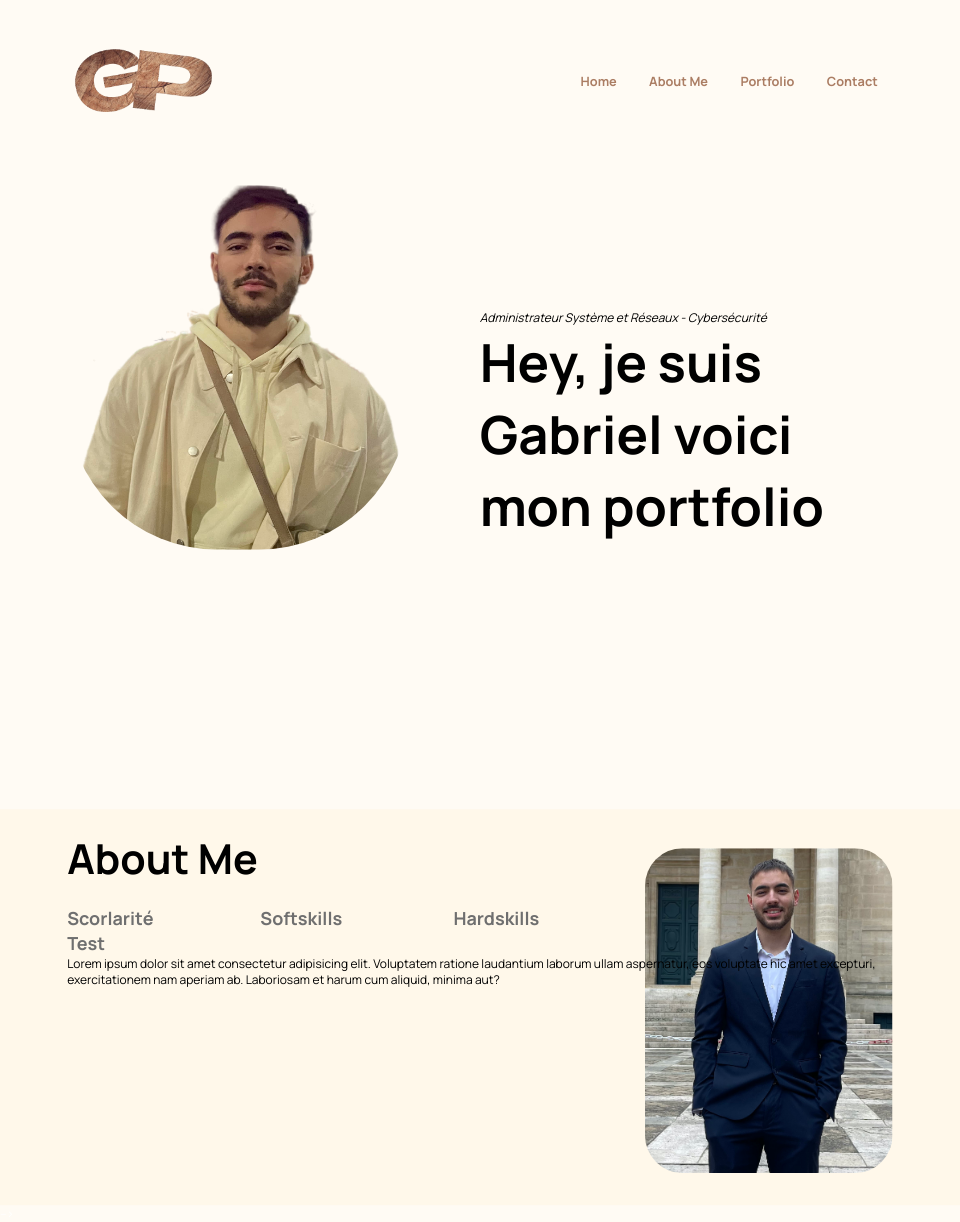
Repository: Gabtorinho25/Portfolio-Web-Site
Page: index.html
These files come from the project's save history. The page is drawn as it stood at one moment and after a run of saves; the edit follows.
The browser window is 1280 px wide. The pictures show the whole page, at 75% of full size.

Above is the page before, as saved 2024-04-02 17:45:23.

### index.html
<!DOCTYPE html>
<html lang="fr">
  <head>
    <meta charset="UTF-8" />
    <meta name="viewport" content="width=device-width, initial-scale=1.0" />
    <title>Portfolio de Gabriel Dos Santos</title>
    <link rel="stylesheet" href="style.css" />
    <link rel="preconnect" href="https://fonts.googleapis.com" />
    <link rel="preconnect" href="https://fonts.gstatic.com" crossorigin />
    <link
      href="https://fonts.googleapis.com/css2?family=Manrope:wght@200..800&display=swap"
      rel="stylesheet"
    />
  </head>
  <body>
    <header>
      <div class="container relative" id="header">
        <nav>
          <img class="logo" src="/Image/Logo.png" alt="logo" />
          <ul>
            <li><a href="">Home</a></li>
            <li><a href="">About Me</a></li>
            <li><a href="">Portfolio</a></li>
            <li><a href="">Contact</a></li>
          </ul>
        </nav>
       <div class="PhotodeMoi">
        <img  class="pictureofme" src="Image/profil-transformed.png" alt="Me">
       </div>
       <div class="TextePresentation">
        <p class="italic" >Administrateur Système et Réseaux - Cybersécurité</p>
        <h1 id="accroche">Hey, je suis <span class="marron hover-3">Gabriel</span> voici mon portfolio </h1>
       </div>
      </div>
    </header>
    <main>
       <!-- AboutMe -->
        <div id="AboutMe">
          <div class="container"></div>
            <div class="row">
              <div class="colonne1">
                <h1 class="AboutMeTitre" >About Me</h1>
                <div id="scolarité" class="active"  data-anim="1"><h2>Scorlarité</h2></div>
                <div id="softskills" data-anim="2"><h2>Softskills</h2></div>
                <div id="hardskills" data-anim="3"><h2>Hardskills</h2></div>


                <div class="contenu displayed" data-anim="1">
                  <h2>Test</h2>
                  <p>Lorem ipsum dolor sit amet consectetur adipisicing elit. Voluptatem ratione laudantium laborum ullam aspernatur, eos voluptate hic amet excepturi, exercitationem nam aperiam ab. Laboriosam et harum cum aliquid, minima aut?</p>
                </div>
              </div>

              <div class="colonne2">
                <img id="AboutMePicture" src="Image/AboutMe.jpg" alt="AboutMe">
              </div>

            </div>

        </section>
    </main>
    <footer></footer>
  </body>
</html>

<!-- <p id="ParaphMe">Actuellement en Prépa Mastère Cybersécurité et data, je suis un passionné par le domaine <br> du numérique que ça soit le jeux vidéos,  l'industrie du cinéma ou encore les nouvelles technologies.
  Je suis constamment en quête de nouvelles connaissances et de défis stimulants 💻. <br>
  <br>
 est de m'orienter vers le domaine de la cybersécurité en tant qu'hacker éthique, pentester ou architecte en sécurité .<br> -->
  <!-- Je suis actuellement à la recherche d'opportunités professionnelles, notamment d'un stage et d'une alternance. N'hésitez pas à me contacter pour toute proposition ou collaboration dans votre entreprise ! </p> --> -->

### style.css
* {
  margin: 0;
  padding: 0;
  font-family: "Manrope", sans-serif;
  box-sizing: border-box;
}

body {
  background-color: #fffbf4;
  color: white;
}




header {
  width: 100%;

}


.logo {
  width: 200px;
}

.profil {
  border-radius:70%;
  width: 25%;
}
.container{
    padding: 7px 7%;
}

nav {

    display: flex;
    align-items: center;
    justify-content: space-between;
    flex-wrap: wrap;

}

nav ul li{
    display: inline-block;
    list-style: none;
    margin: 10px 20px;
    align-items: center;
    justify-content: space-between;
    flex-wrap: wrap;
}

nav ul li a{
    list-style-type: none;
    color:#AB7D63;
    font-family: "Manrope", sans-serif;
    font-optical-sizing: auto;
    font-size: 17px;
    font-weight:700;
    text-decoration:none;
}

a:hover{
  text-decoration: underline;
}

.flotte{
  float: left;
}

p{
  color: #000000;
}

h1{
  color: black;
}

.italic{font-style: italic;}

#ParaphMe{
  width: 600px;
}
.relative{
  position: relative;

}
.pictureofme{

    width: 100%;
    z-index: -1;
     border-radius: 200px;
     top: 70px;
    right: 3%;

}
.PhotodeMoi{
  padding-top: 40px;
    width: 455px;
    height: 455px;
}

.TextePresentation{
  padding-top: 100px;
position: relative;
bottom: 350px;
width: 100%;
color: aqua;
padding-left:550px;
}

.marron{
  color: #AB7D63;
}

#accroche{
  font-size: 70px;
  color: #000000;
}

.Présentation{
  display: inline-block;
}


 /* STYLE POUR HOVER */
 .hover-3 {
  --b: 0.1em;
  --c:#AB7D63;

  color: #0000;
  padding-block: var(--b);
  background:
    linear-gradient(var(--c) 50%,#000 0) 0% calc(100% - var(--_p,0%))/100% 200%,
    linear-gradient(var(--c) 0 0) 0% var(--_p,0%)/var(--_p,0%) var(--b) no-repeat;
  -webkit-background-clip: text,padding-box;
          background-clip: text,padding-box;
  transition: .3s var(--_s,0s) linear,background-size .3s calc(.3s - var(--_s,0s));
}
.hover-3:hover {
  --_p: 100%;
  --_s: .3s;
}


/* ABOUT ME */

#AboutMe{
  background-color:  #fff8ea;
  padding: 3% 7%;
}

.row{
  display: flex;  /* pour que les divs enfants à l'intérieur soit disposé en ligne quand elles ont assez de place */
  justify-content: space-between; /* pour qu'il est un espace entre les deux divs enfants*/
  flex-wrap: wrap;

}

#AboutMePicture{
  width: 100%;
  border-radius: 50px;
}

.colonne1 {
  width: 70%;


}
.colonne2{
width: 30%;
}

.AboutMeTitre{
  text-align: left;
  font-size: 55px;
  position: relative;
  bottom: 25px;
}

h2 {
  color:#6f6f6f;
}
#softskills,#hardskills,#scolarité {
  display: inline-flex;
  justify-content: left;
  width: 33%;
  cursor: pointer;
}

.contenu{
  position: absolute;
}

After the next 3 saves:
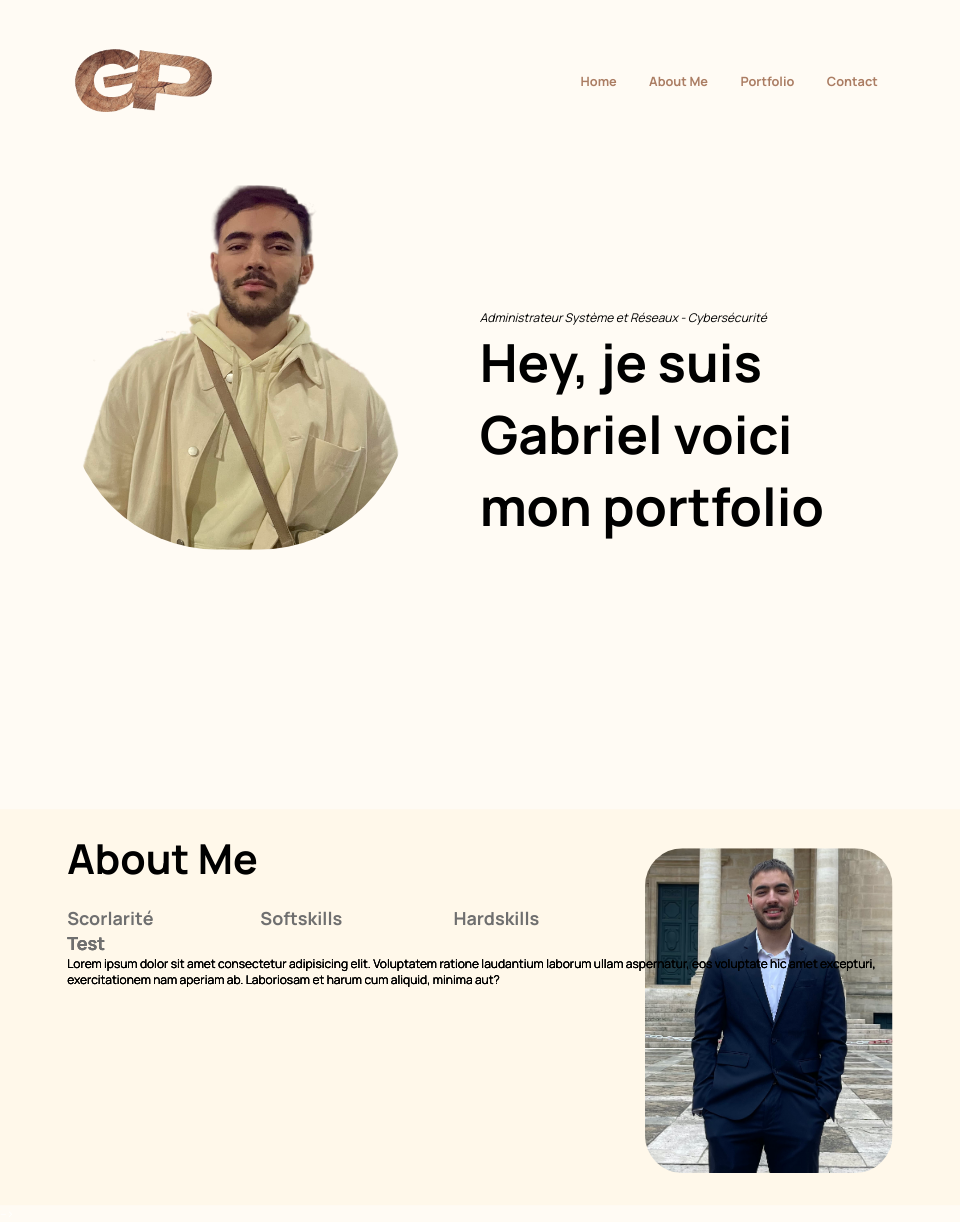
The 3 saves are shown as one change because they came seconds apart.
The last was saved 28 s later.
--- a/index.html
+++ b/index.html
@@ -49,6 +49,16 @@
                   <h2>Test</h2>
                   <p>Lorem ipsum dolor sit amet consectetur adipisicing elit. Voluptatem ratione laudantium laborum ullam aspernatur, eos voluptate hic amet excepturi, exercitationem nam aperiam ab. Laboriosam et harum cum aliquid, minima aut?</p>
                 </div>
+
+                <div class="contenu displayed" data-anim="1">
+                  <h2>Test</h2>
+                  <p>Lorem ipsum dolor sit amet consectetur adipisicing elit. Voluptatem ratione laudantium laborum ullam aspernatur, eos voluptate hic amet excepturi, exercitationem nam aperiam ab. Laboriosam et harum cum aliquid, minima aut?</p>
+                </div>
+
+                <div class="contenu displayed" data-anim="3">
+                  <h2>Test</h2>
+                  <p>Lorem ipsum dolor sit amet consectetur adipisicing elit. Voluptatem ratione laudantium laborum ullam aspernatur, eos voluptate hic amet excepturi, exercitationem nam aperiam ab. Laboriosam et harum cum aliquid, minima aut?</p>
+                </div>
               </div>
 
               <div class="colonne2">
